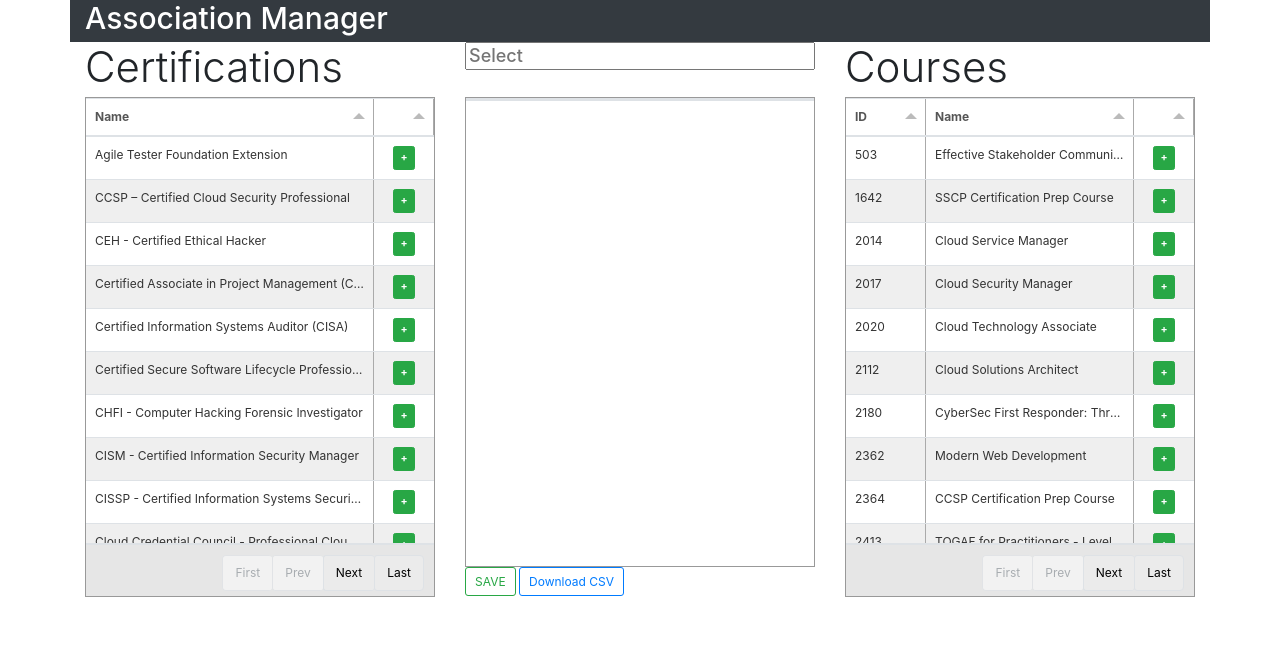
Repository: t1s1/pathfinder2
Page: index.html
The author's editor kept a record of every edit. The page is drawn from the files as they stood at one moment, then again after the next edit.
The browser window is 1280 px wide. The pictures show the whole page.

Above is the page before.

After the next edit:
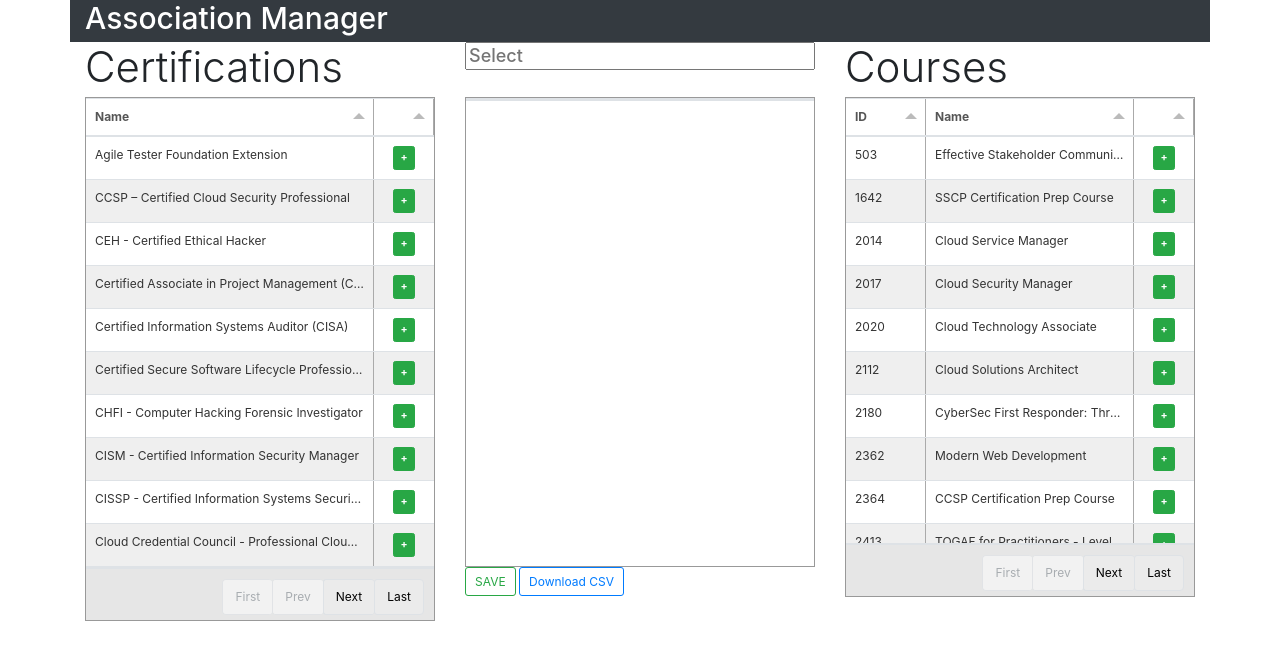
The edit:
--- a/pathfinder.js
+++ b/pathfinder.js
@@ -133,7 +133,6 @@
     ]
 
   var table = new Tabulator("#"+tableName, {
-    height: tableHeight,
     data: data_arr,
     layout: "fitColumns",
     pagination:"local",
